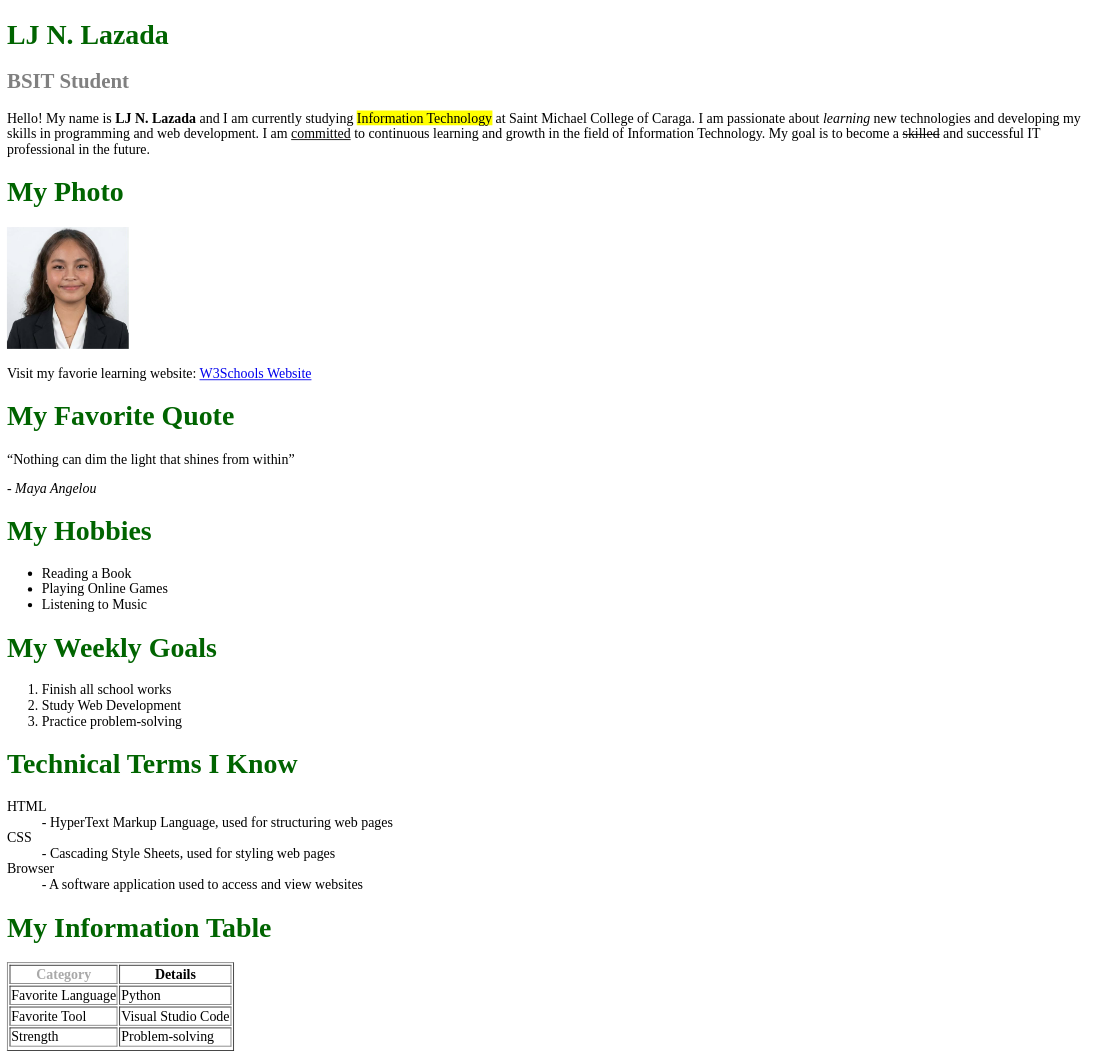
Repository: ljlazada11/myfirsthtml
Page: index.html
The author's editor kept a copy of each file at every save. The page is drawn from the files as they stood at one save, then again after the next save.
The browser window is 1280 px wide. The pictures show the whole page, at 87% of full size.

Above is the page before, as saved 2026-06-24 20:45:28.

### index.html
<!DOCTYPE html>
<html lang="en">
<head>
    <meta charset="UTF-8">
    <meta name="viewport" content="width=device-width, initial-scale=1.0">
    <title>My Personal Web Profile</title>
    <link rel="icon" type="image/x-icon" href="images.png">

</head>
<body>
    <h1 style="color:darkgreen;">LJ N. Lazada</h1>
    <h2 style="color:gray;">BSIT Student</h2>
    <p>Hello! My name is <strong>LJ N. Lazada</strong> and I am currently studying <mark>Information Technology</mark> at Saint Michael College of Caraga. I am passionate about <i>learning</i> new technologies and developing my skills in programming and web development. I am <ins>committed</ins> to continuous learning and growth in the field of Information Technology. My goal is to become a <del>skilled</del> and successful IT professional in the future.</p>
</body>
    <h1 style="color:darkgreen;">My Photo</h1>
    <img src="pic.jpg" alt="My	Profile	Picture" width="140" height="140">
    <p> Visit my favorie learning website: <a href="https://www.w3schools.com/html/default.asp" target="_blank">W3Schools	Website</a></p>

<body>
    <h1 style="color:darkgreen;">My Favorite Quote</h1>
    <p><q>Nothing can dim the light that shines from within</q></p>
    <p><cite>- Maya Angelou</cite></p>
</body>
    <h1 style="color:darkgreen">My Hobbies</h1>
    <ul>
        <li>Reading a Book</li>
        <li>Playing Online Games</li>
        <li>Listening to Music</li>
    </ul>
</body>
    <h1 style="color:darkgreen">My Weekly Goals</h1>
    <ol>
        <li>Finish all school works</li>
        <li>Study Web Development</li>
        <li>Practice problem-solving</li>
    </ol>
<body>
    <h1 style="color:darkgreen">Technical Terms I Know</h1>
    <dl>
        <dt>HTML</dt>
        <dd>- HyperText Markup Language, used for structuring web pages</dd>
        <dt>CSS</dt>
        <dd>- Cascading Style Sheets, used for styling web pages</dd>
        <dt>Browser</dt>
        <dd>- A software application used to access and view websites</dd>
    </dl>
</body>
    <h1 style="color:darkgreen">My Information Table</h1>
<table border="1">
    <tr>
        <th style="color:darkgrey;">Category</th>
        <th>Details</th>
    </tr>
    <tr>
        <td>Favorite Language</td>
        <td>Python</td>
    </tr>
    <tr>
        <td>Favorite Tool</td>
        <td>Visual Studio Code</td>
    </tr>
    <tr>
        <td>Strength</td>
        <td>Problem-solving</td>
    </tr>
    <tr>

    </tr>
</table>


</html>

After the next save:
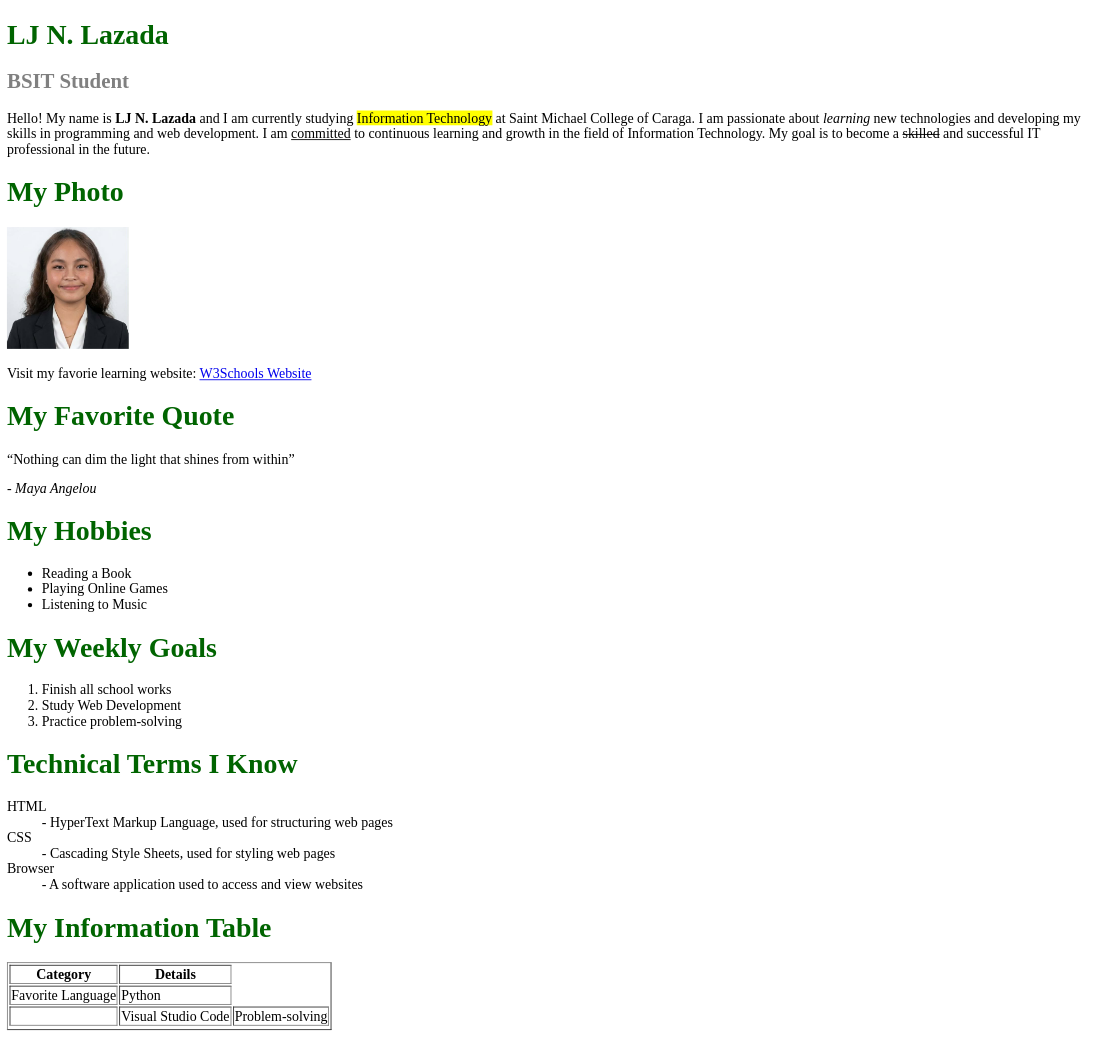
Saved 19 s later.
--- a/index.html
+++ b/index.html
@@ -48,7 +48,7 @@
     <h1 style="color:darkgreen">My Information Table</h1>
 <table border="1">
     <tr>
-        <th style="color:darkgrey;">Category</th>
+        <th>Category</th>
         <th>Details</th>
     </tr>
     <tr>
@@ -56,11 +56,8 @@
         <td>Python</td>
     </tr>
     <tr>
-        <td>Favorite Tool</td>
+        <td></td>
         <td>Visual Studio Code</td>
-    </tr>
-    <tr>
-        <td>Strength</td>
         <td>Problem-solving</td>
     </tr>
     <tr>
